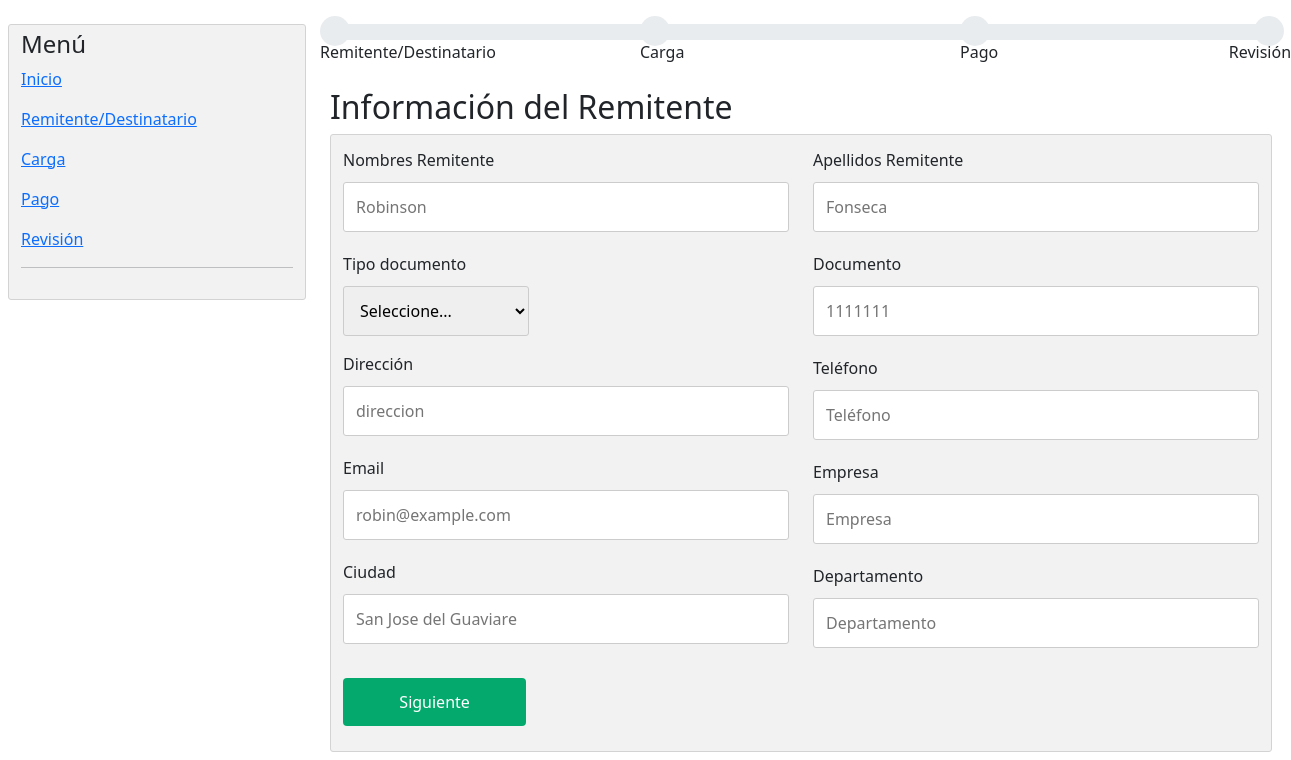
Repository: SennovaFluvial/Trasnfluvial
Page: appFluvial/templates/card1.html
The author's editor kept a copy of each file at every save. The page is drawn from the files as they stood at one save, then again after the next save.
The browser window is 1280 px wide. The page is 1291 px wide, so the pictures cover 1291 px, including what lies to the right of the window. The pictures show the whole page.
The template is drawn by Django 3.2. The application's start-up code is not run. The template is opened directly, without the code that normally fills it, so the values that code supplies are empty.

Above is the page before, as saved 2023-10-19 10:13:59.

After the next save:
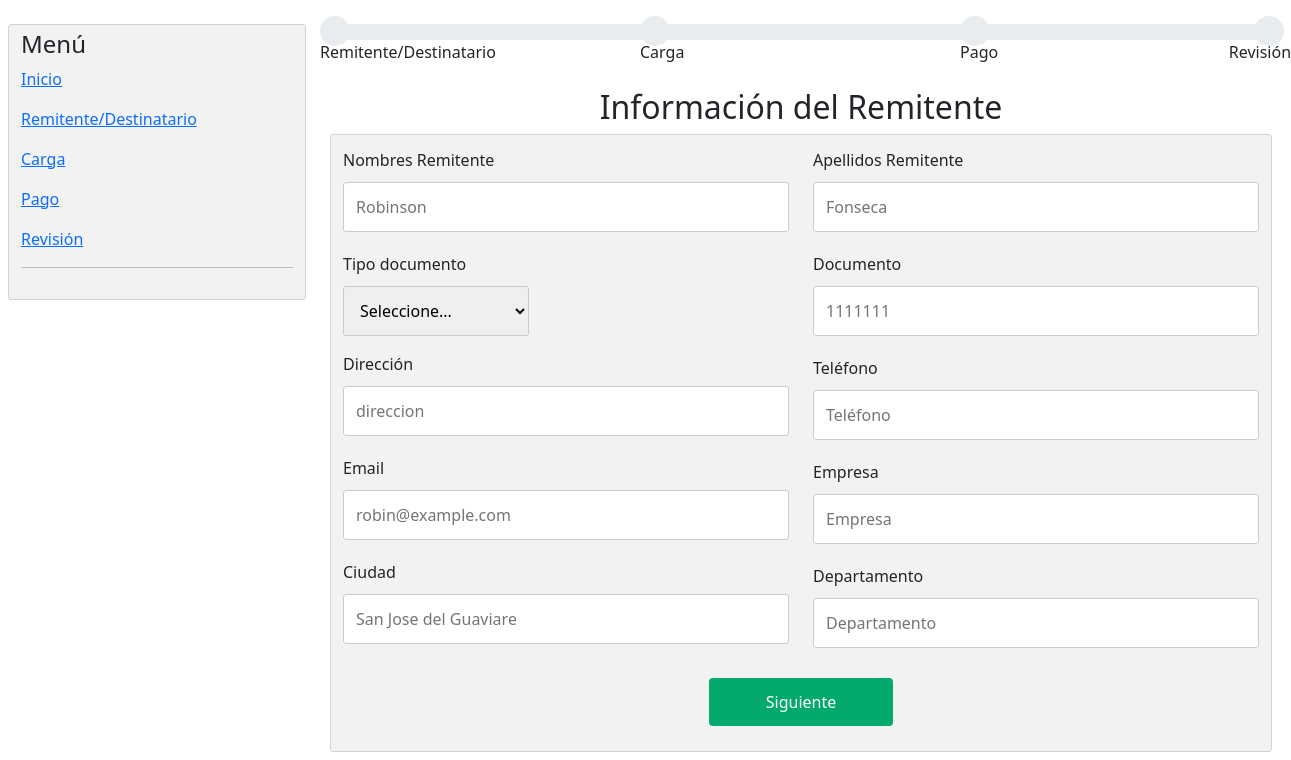
Saved 12 h 57 min later.
--- a/appFluvial/templates/card1.html
+++ b/appFluvial/templates/card1.html
@@ -205,8 +205,9 @@ span.price {
     </div>
     <br>
     <!-- -*****************************************END**********************************************-->
-
-    <h2>Información del Remitente</h2>
+    <div class="text-center">
+      <h2>Información del Remitente</h2>
+    </div>
     <div class="container">
       <form method="post">
         {% csrf_token %}
@@ -252,8 +253,9 @@ span.price {
 
         </div>
 
-
+        <div class="text-center">
         <input type="submit" value="Siguiente" class="btn">
+        </div>
       </form>
     </div>
   </div>
